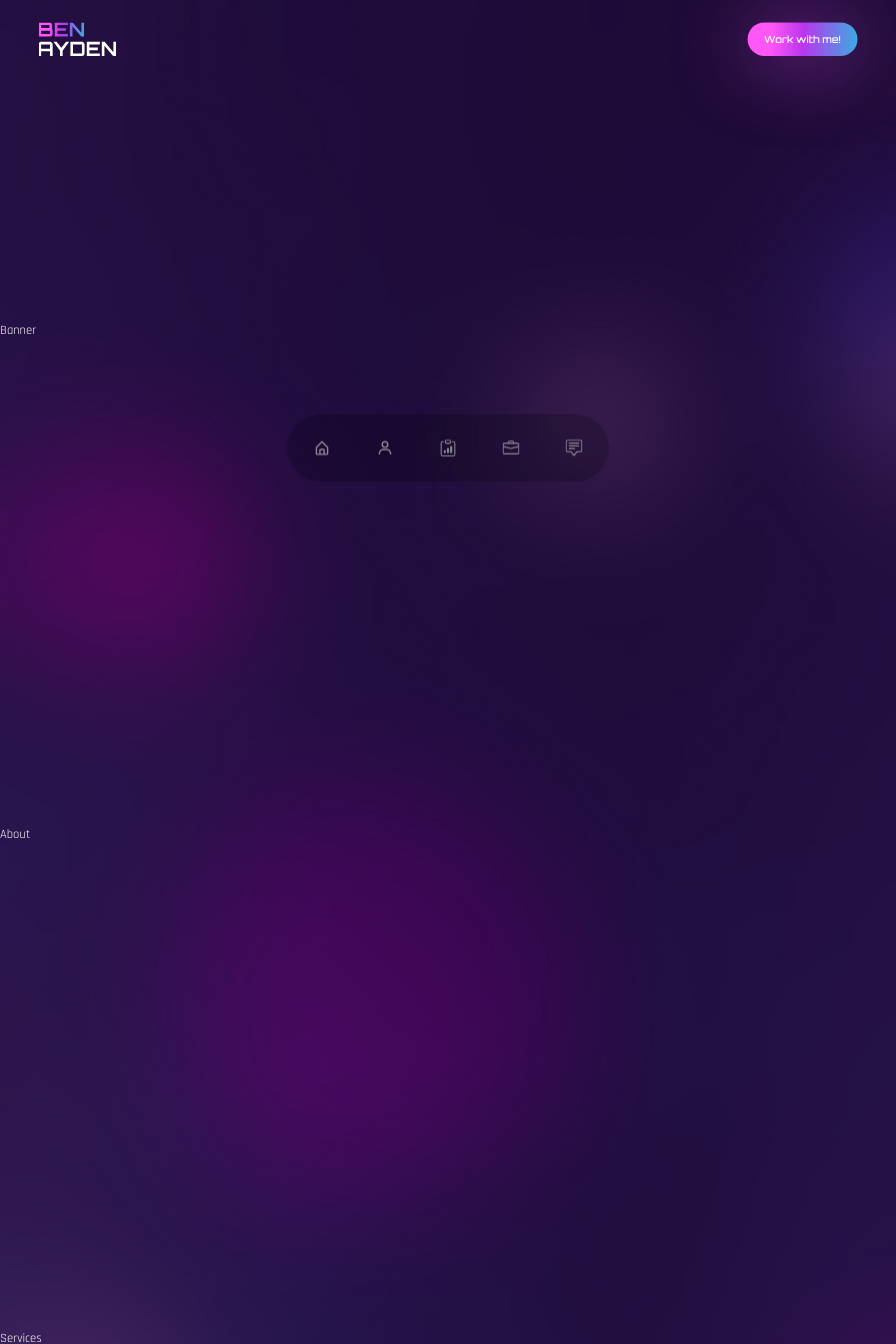
Repository: SolomDev00/AstroX
Page: /
The author's editor kept a copy of each file at every save. The page is drawn from the files as they stood at one save, then again after the next save.
The browser window is 1280 px wide. The pictures show the part of the page from y = 0 to 1920 px (the page is 7712 px tall), at 70% of full size.
Some web fonts or font styles are not loaded; a fallback is used. The project was rebuilt for these pictures with package versions that can differ from the ones it lists, and the page was loaded fresh each time.

Above is the page before, as saved 2023-07-07 02:12:38.

After the next save:
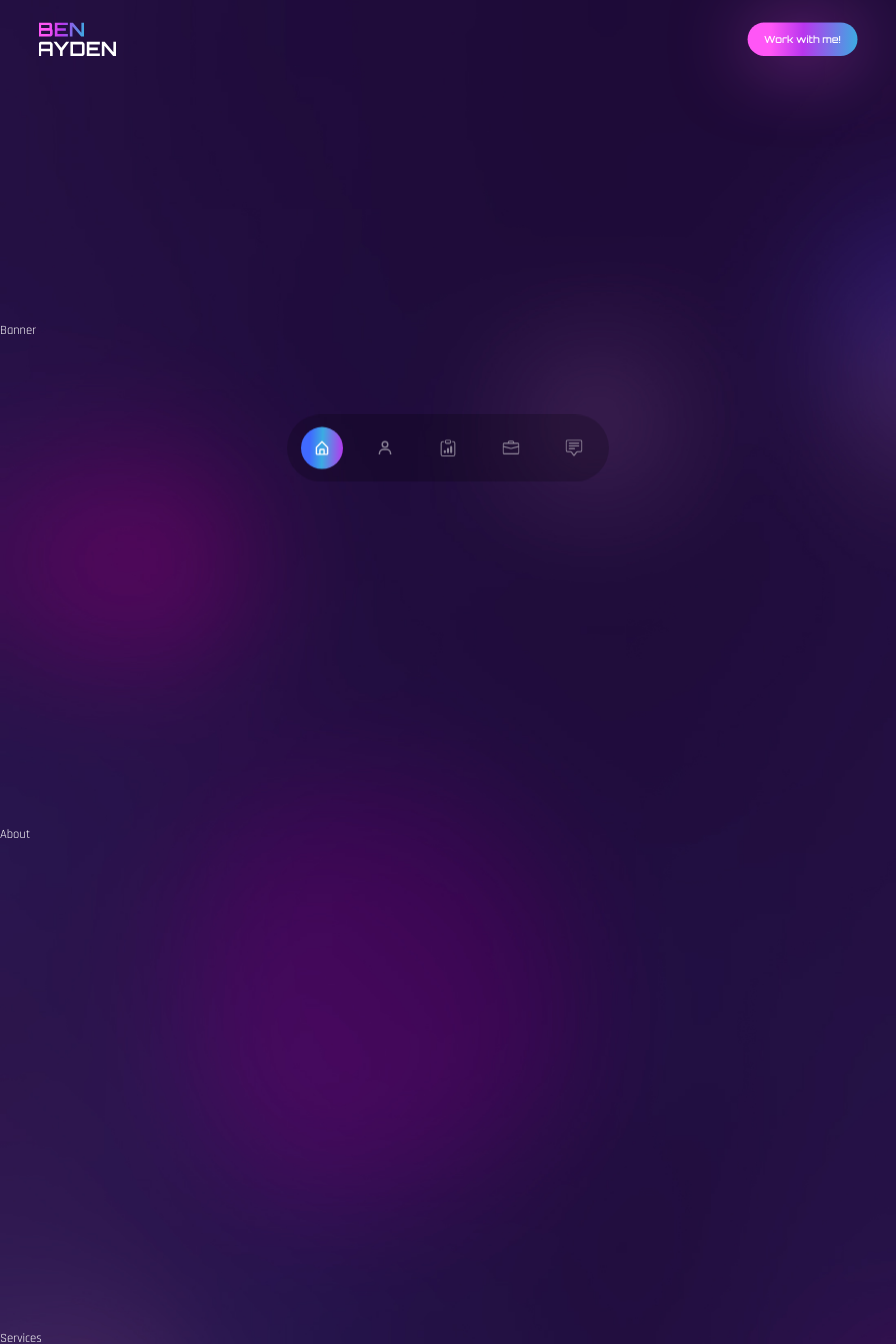
Saved 33 s later.
--- a/src/components/Nav.jsx
+++ b/src/components/Nav.jsx
@@ -12,6 +12,7 @@
             to="home"
             spy={true}
             smooth={true}
+            offset={-200}
             activeClass="active"
             className="cursor-pointer w-[60px] h-[60px] flex justify-center items-center"
           >
